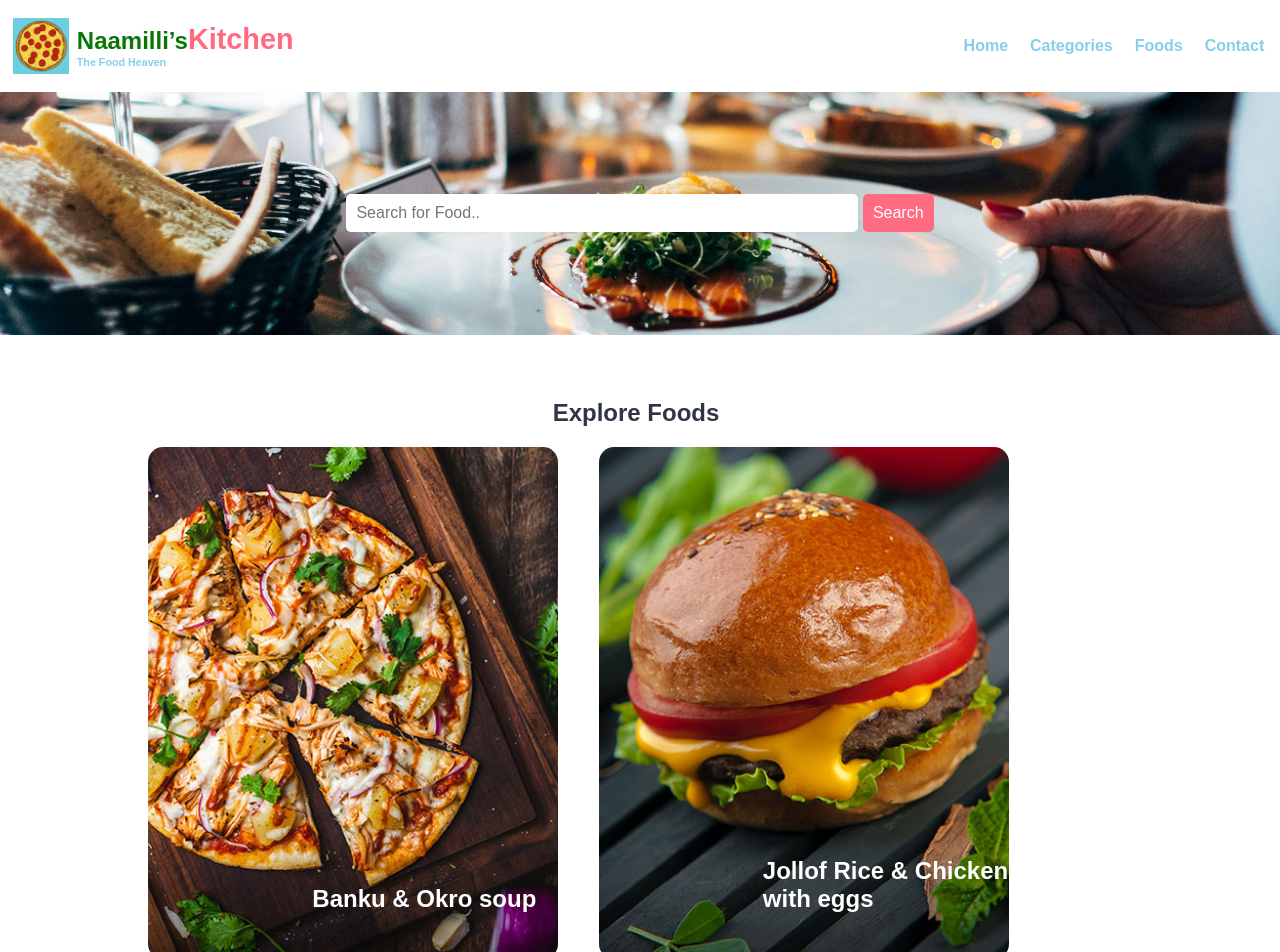
Repository: Saviour-Dagadu/Naamilli
Page: index.html
An editor plug-in stored every save of this project. The page is shown before and after the next save, followed by the edit.
The browser window is 1280 px wide. The pictures show the part of the page from y = 0 to 952 px (the page is 2085 px tall before and 2018 px after).
A picture or video elsewhere on the page could not be fetched, so the positions and the page height are approximate.

Above is the page before, as saved 2024-12-03 21:39:08.

### index.html
<!DOCTYPE html>
<html lang="en">
<head>
    <meta charset="UTF-8">
    <!-- Important to make website responsive -->
    <meta name="viewport" content="width=device-width, initial-scale=1.0">
    <title>Restaurant Website</title>

    <!-- Link our CSS file -->
    <link rel="stylesheet" type="text/css" href="css/style.css">
</head>

<body>
    <!-- Navbar Section Starts Here -->
	<section class="navbar" style="display: flex; align-items: center; justify-content: space-between;">
        <div class="container" style="display: flex; width: 100%; justify-content: space-between; align-items: center;">
            <div class="logo" style="display: flex; align-items: center;">
                <a href="index.html" title="Logo" style="display: flex; align-items: center;">
                    <img src="images/giphy.gif" alt="" style="
                        width: 3.5rem; /* Adjust size to be similar to nav image */
                        height: 3.5rem; /* Adjust size to be similar to nav image */
                        margin-right: 0.5rem;">
                    <div>
                        <h2 style="margin: 0;">Naamilli’s<span>Kitchen</span></h2>
                        <h6 style="margin: 0;"><span>The Food Heaven</span></h6>
                    </div>
                </a>
            </div>

            <div class="menu text-right">
                <ul style="list-style: none; margin: 0; padding: 0; display: flex; justify-content: flex-end;">
                    <li style="margin-left: 1rem;">
                        <a href="index.html">Home</a>
                    </li>
                    <li style="margin-left: 1rem;">
                        <a href="categories.html">Categories</a>
                    </li>
                    <li style="margin-left: 1rem;">
                        <a href="foods.html">Foods</a>
                    </li>
                    <li style="margin-left: 1rem;">
                        <a href="contact.html">Contact</a>
                    </li>
                </ul>
            </div>
        </div>

        <div class="clearfix"></div>
    </section>

    <!-- Navbar Section Ends Here -->

    <!-- fOOD sEARCH Section Starts Here -->
    <section class="food-search text-center">
        <div class="container">

            <form action="underConstruction.html" method="POST">
                <input type="search" name="search" placeholder="Search for Food.." required>
                <input type="submit" name="submit" value="Search" class="btn btn-primary">
            </form>

        </div>
    </section>
    <!-- fOOD sEARCH Section Ends Here -->

    <!-- CAtegories Section Starts Here -->
    <section class="categories">
        <div class="container">
            <h2 class="text-center">Explore Foods</h2>

            <a href="category-foods.html">
            <div class="box-3 float-container">
                <img src="images/pizza.jpg" alt="Pizza" class="img-responsive img-curve">

                <h3 class="float-text text-white">Banku & Okro soup</h3>
            </div>
            </a>

            <a href="#">
            <div class="box-3 float-container">
                <img src="images/burger.jpg" alt="Burger" class="img-responsive img-curve">

                <h3 class="float-text text-white">Jollof Rice & Chicken with eggs</h3>
            </div>
            </a>

            <!-- <a href="#">
            <div class="box-3 float-container">
                <img src="images/momo.jpg" alt="Momo" class="img-responsive img-curve">

                <h3 class="float-text text-white"></h3>
            </div>
            </a> -->

            <div class="clearfix"></div>
        </div>
    </section>
    <!-- Categories Section Ends Here -->

    <!-- fOOD MEnu Section Starts Here -->
    <section class="food-menu">
        <div class="container">
            <h2 class="text-center">Food Menu</h2>

            <div class="food-menu-box">
                <div class="food-menu-img">
                    <img src="images/menu-pizza.jpg" alt="Chicke Hawain Pizza" class="img-responsive img-curve">
                </div>

                <div class="food-menu-desc">
                    <h4>Banku and Okro soup</h4>
                    <p class="food-price">Ghc 30</p>
                    <p class="food-detail">
                        This is made up of 2 balls of Banku with Fish, Beef, Wele
                    </p>
                    <br>

                    <a href="order.html" class="btn btn-primary">Order Now</a>
                </div>
            </div>

            <div class="food-menu-box">
                <div class="food-menu-img">
                    <img src="images/menu-burger.jpg" alt="Chicke Hawain Pizza" class="img-responsive img-curve">
                </div>

                <div class="food-menu-desc">
                    <h4>Jollof Rice & Chicken with eggs</h4>
                    <p class="food-price">Ghc 30</p>
                    <p class="food-detail">
                        Made with Italian Sauce, Chicken, and organice vegetables.
                    </p>
                    <br>

                    <a href="#" class="btn btn-primary">Order Now</a>
                </div>
            </div>

            <!-- <div class="food-menu-box">
                <div class="food-menu-img">
                    <img src="images/menu-burger.jpg" alt="Chicke Hawain Burger" class="img-responsive img-curve">
                </div>

                <div class="food-menu-desc">
                    <h4>Nice Burger</h4>
                    <p class="food-price">Ghc 20</p>
                    <p class="food-detail">
                        Made with Italian Sauce, Chicken, and organize vegetables.
                    </p>
                    <br>

                    <a href="#" class="btn btn-primary">Order Now</a>
                </div>
            </div> -->



            <!-- <div class="food-menu-box">
                <div class="food-menu-img">
                    <img src="images/menu-pizza.jpg" alt="Chicke Hawain Pizza" class="img-responsive img-curve">
                </div>

                <div class="food-menu-desc">
                    <h4>Food Title</h4>
                    <p class="food-price">$2.3</p>
                    <p class="food-detail">
                        Made with Italian Sauce, Chicken, and organice vegetables.
                    </p>
                    <br>

                    <a href="#" class="btn btn-primary">Order Now</a>
                </div>
            </div> -->

            <!-- <div class="food-menu-box">
                <div class="food-menu-img">
                    <img src="images/menu-momo.jpg" alt="Chicke Hawain Momo" class="img-responsive img-curve">
                </div>

                <div class="food-menu-desc">
                    <h4>Chicken Steam Momo</h4>
                    <p class="food-price">Ghc 50</p>
                    <p class="food-detail">
                        Made with Italian Sauce, Chicken, and organice vegetables.
                    </p>
                    <br>

                    <a href="#" class="btn btn-primary">Order Now</a>
                </div>
            </div> -->


            <div class="clearfix"></div>



        </div>

        <p class="text-center">
            <a href="#">See All Foods</a>
        </p>
    </section>
    <!-- fOOD Menu Section Ends Here -->

    <!-- social Section Starts Here -->
<section class="social">
	<div class="container text-center">
		<ul>
			<li>
				<a href="https://www.facebook.com/saviou/"><img src="https://img.icons8.com/fluent/50/000000/facebook-new.png"/></a>
			</li>
			<li>
				<a href="https://www.instagram.com/saviour_dagadu/"><img src="https://img.icons8.com/fluent/48/000000/instagram-new.png"/></a>
			</li>
			<li>
				<a href="https://twitter.com/savicode"><img src="https://img.icons8.com/fluent/48/000000/twitter.png"/></a>
			</li>
		</ul>
	</div>
</section>
<!-- social Section Ends Here -->

<!-- footer Section Starts Here -->
<section class="footer">
	<div class="container text-center">
		<p>All rights reserved. Designed By <a href="https://saviourdagadu.netlify.app/">Saviour Dagadu</a></p>
	</div>
</section>
<!-- footer Section Ends Here -->

</body>
</html>

### css/style.css
/*
    Author: Vijay Thapa;
    Theme: Restaurant Food Order;
    version: 1.0;
*/

/* CSS for All */
*{
    margin: 0 0;
    padding: 0 0;
    font-family: Arial, Helvetica, sans-serif;
}
.container{
    width: 80%;
    margin: 0 auto;
    padding: 1%;
}
.img-responsive{
    width: 100%;
}
.img-curve{
    border-radius: 15px;
}

.text-right{
    text-align: right;
}
.text-center{
    text-align: center;
}
.text-left{
    text-align: left;
}
.text-white{
    color: white;
}

.clearfix{
    clear: both;
    float: none;
}

a{
    color: skyblue;
    text-decoration: none;
}
a:hover{
    color: #ff6b81;
}

.btn{
    padding: 1%;
    border: none;
    font-size: 1rem;
    border-radius: 5px;
}
.btn-primary{
    background-color: #ff6b81;
    color: white;
    cursor: pointer;
}
.btn-primary:hover{
    color: white;
    background-color: #ff4757;
}
h2{
    color: #2f3542;
    font-size: 2rem;
    margin-bottom: 2%;
}
h3{
    font-size: 1.5rem;
}
.float-container{
    position: relative;
}
.float-text{
    position: absolute;
    bottom: 50px;
    left: 40%;
}
fieldset{
    border: 1px solid white;
    margin: 5%;
    padding: 3%;
    border-radius: 5px;
}


/* CSSS for navbar section */

.logo{
    width: 10%;
    float: left;
}
.logo h2{
    color: rgb(10, 119, 5);
}
.logo h2:hover{
    color: rgb(10, 119, 5);
    font-style: italic;
}
.logo h2 span{
    color: #ff6b81;
    font-size: larger;
    font-weight:bolder;
}
.logo h2 span:hover{
    color: #ff4757;
    font-size: larger;
    font-weight:bolder;
}
.menu{
    line-height: 60px;
}
.menu ul{
    list-style-type: none;
}

.menu ul li{
    display: inline;
    padding: 1%;
    font-weight: bold;
}


/* CSS for Food SEarch Section */

.food-search{
    background-image: url(../images/jay-wennington-N_Y88TWmGwA-unsplash.jpg);
    background-size: cover;
    background-repeat: no-repeat;
    background-position: center;
    padding: 7% 0;
}

.food-search input[type="search"]{
    width: 50%;
    padding: 1%;
    font-size: 1rem;
    border: none;
    border-radius: 5px;
}


/* CSS for Categories */
.categories{
    padding: 4% 0;
}

.box-3{
    width: 40%;
    float: left;
    margin: 2%;
}


/* CSS for Food Menu */
.food-menu{
    background-color: #ececec;
    padding: 4% 0;
}
.food-menu-box{
    width: 43%;
    margin: 1%;
    padding: 2%;
    float: left;
    background-color: white;
    border-radius: 15px;
}

.food-menu-img{
    width: 20%;
    float: left;
}

.food-menu-desc{
    width: 70%;
    float: left;
    margin-left: 8%;
}

.food-price{
    font-size: 1.2rem;
    margin: 2% 0;
}
.food-detail{
    font-size: 1rem;
    color: #747d8c;
}


/* CSS for Social */
.social ul{
    list-style-type: none;
}
.social ul li{
    display: inline;
    padding: 1%;
}

/* for Order Section */
.order{
    width: 50%;
    margin: 0 auto;
}
.input-responsive{
    width: 96%;
    padding: 1%;
    margin-bottom: 3%;
    border: none;
    border-radius: 5px;
    font-size: 1rem;
}
.order-label{
    margin-bottom: 1%;
    font-weight: bold;
}

/* Contact Section*/

#info{
    padding: 30px 0;
}

#info .container{
     display: flex;
}

#info .info{
    width: 28%;
    height: 300px;
    border-radius: 10px;
    overflow: hidden;

}

#info .info-text{
    border: 1px solid lightgray;
    padding: 10px;
}

#info .info-text h4{
    margin: 5px;
}

#info .info-text .info-text-call{
    margin-bottom: 20px;
}

#info .info-image{
margin-right: 10px;
overflow: hidden;
box-shadow: 0 0 5px #333;
transform: scale (1.04);
transition: all .4s ease-in-out;
}

#info .info-image:hover{
transform: translateY(-15px) scale(1.1);
box-shadow: 0 0 10px #333;
}
#info .info-image img{
max-width: 100%;
height: auto
}

#info .info-image:hover .info-image img{
opacity: 1;
}

       /* message Section */
#message{
    padding: 30px 0;
    background-color: lightgray;
}

#message .message-top{
    text-align: center;
    margin-bottom: 20px;
}

#message .message-top h3{
    text-transform: uppercase;
    margin: 0;
}

#message .message-top h3::after{
    content: "";
    display: block;
    width: 50px;
    height: 3px;
    background-color: gray;
    margin: 10px auto 0;
}

#message .message-bottom{
    color: black;
}

#message .message-bottom label{
    display: block;
    font-size: 17px;
    font-weight: 500;
    margin-bottom: 5px;
}

#message .message-bottom .form-group{
    margin-bottom: 10px;
}

#message .message-bottom .input{
    display: block;
    height: 40px;
    border-radius: 5px;
    border: 1px solid brown;
    padding-left: 10px;
    padding-right: 10px;
    width: 100%;
    font-size: 15px;
    font-family: 'Segoe UI', Tahoma, Geneva, Verdana, Sans-serif;
}

#message .message-bottom input,
#message .message-bottom textarea,
#message .message-bottom button{
    outline: none;
}

#message  textarea{
    width: 100%;
    height: 200px;
    border-radius: 5px;
    border: 1px solid brown;
    background-color: white;
    padding: 5px 10px;
    font: 15px 'Segoe UI', Tahoma, Geneva, Verdana, Sans-serif;
}

.navbar-brand {
    display: flex;
    align-items: center; /* Align items horizontally in the center */
    text-decoration: none; /* Removes default underline from the link */
    color: #333; /* Adjust text color as needed */
    /* background-image: url('../images/apple.gif'); Replace with the path to your image */
    background-size: cover;                          /* Ensures the image covers the entire div */
    background-position: center;                     /* Centers the image within the div */
    background-repeat: no-repeat;
}
.navbar-brand h2 {
    margin: 0;               /* Removes default margin */
    font-size: 2.5rem;
}

.navbar-brand h2 span{
    color: skyblue;
}

.navbar-brand i {
    display: block;          /* Ensures the i element is on a new line */
    margin: 0;               /* Removes default margin */
    font-size: 0.8rem;       /* Makes the text smaller */
    color: black;
}

.logo-img {
    width: 3.5rem; /* Adjust size as needed */
    height: 3.5rem; /* Adjust size as needed */
    margin-right: 0.5rem; /* Space between image and text */
}

.text-content {
    display: flex;
    flex-direction: column; /* Stack text elements vertically */
    justify-content: center; /* Center text vertically within container */
}

h2 {
    margin: 0; /* Remove default margin */
    font-size: 1.5rem; /* Adjust font size as needed */
    font-weight: bold;
    margin-right: 0.5rem; /* Space between h2 and h6 */
}



/* #message .message-bottom .btn{
    padding: 10px 20px;
    background-color: brown;
    text-transform: uppercase;
    font: 15px 'Segoe UI', Tahoma, Geneva, Verdana, Sans-serif;
    border: none;
    border-radius: 5px;
    font-weight: 500;
    color: #fff;
    cursor: pointer;
} */


/* CSS for Mobile Size or Smaller Screen */

@media only screen and (max-width:768px){
    .logo{
        width: 80%;
        float: none;
        margin: 1% auto;
    }

    .menu ul{
        text-align: center;
    }

    .food-search input[type="search"]{
        width: 90%;
        padding: 2%;
        margin-bottom: 3%;
    }

    .btn{
        width: 91%;
        padding: 2%;
    }

    .food-search{
        padding: 10% 0;
    }

    .categories{
        padding: 20% 0;
    }
    h2{
        margin-bottom: 10%;
    }
    .box-3{
        width: 100%;
        margin: 4% auto;
    }

    .food-menu{
        padding: 20% 0;
    }

    .food-menu-box{
        width: 90%;
        padding: 5%;
        margin-bottom: 5%;
    }
    .social{
        padding: 5% 0;
    }
    .order{
        width: 100%;
    }
}

After the next save:
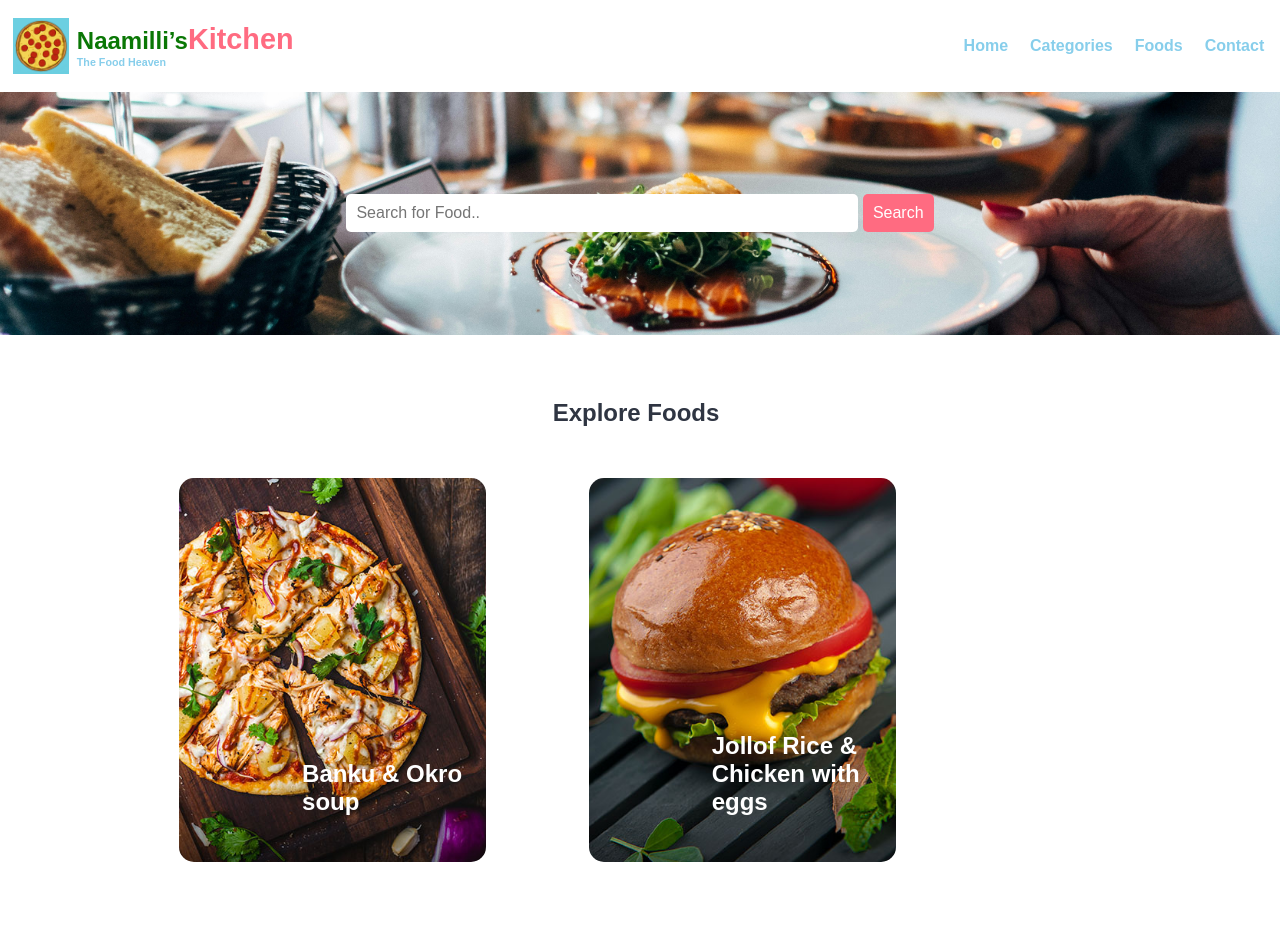
Saved 34 s later.
--- a/css/style.css
+++ b/css/style.css
@@ -149,9 +149,9 @@ fieldset{
 }
 
 .box-3{
-    width: 40%;
+    width: 30%;
     float: left;
-    margin: 2%;
+    margin: 5%;
 }
 
 
